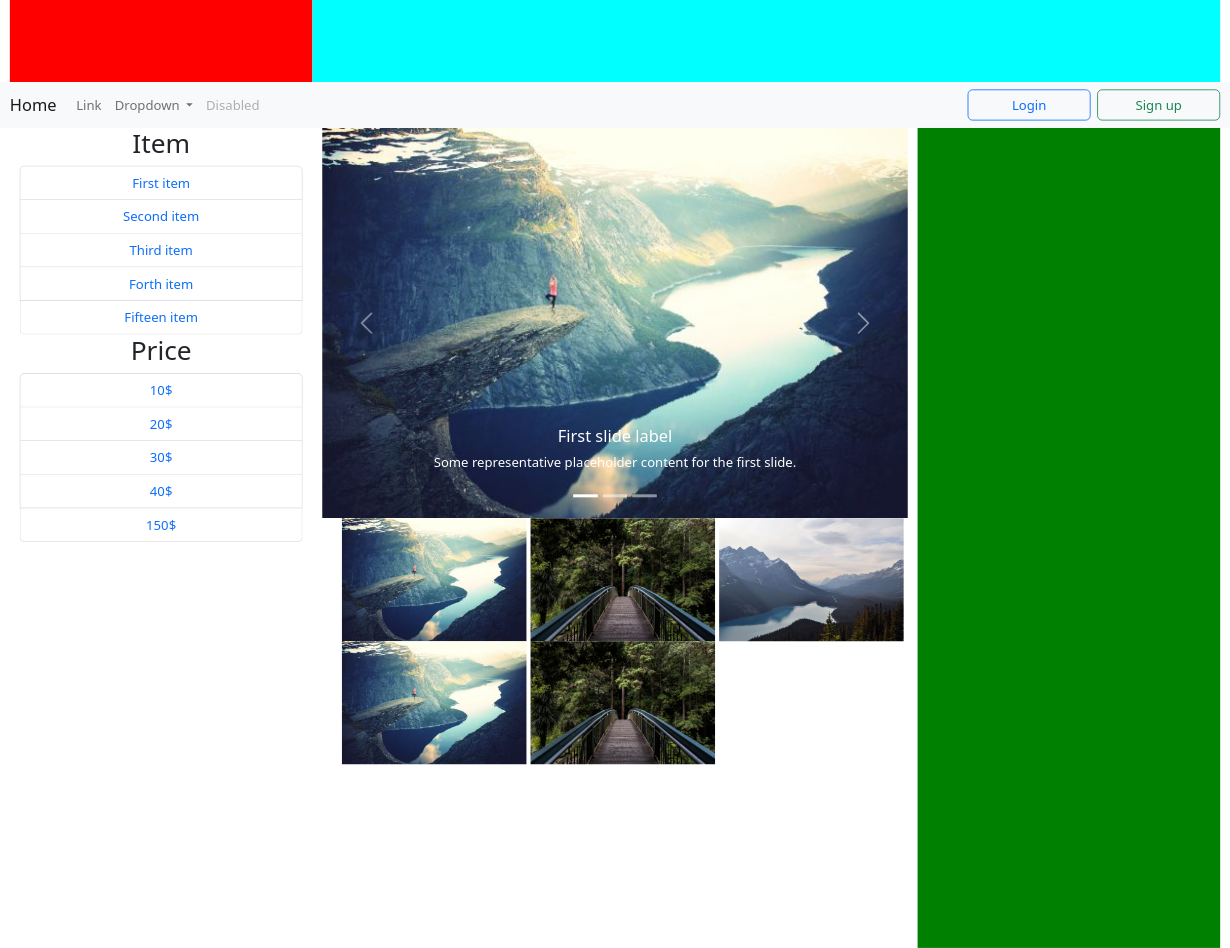
Repository: nguyenhung50497/MD2_bootstrap
Page: BT_giaoDienWeb/index.html
The author's editor kept a copy of each file at every save. The page is drawn from the files as they stood at one save, then again after the next save.
The browser window is 1280 px wide. The page is 1500 px wide, so the pictures cover 1500 px, including what lies to the right of the window. The pictures show the whole page, at 82% of full size.

Above is the page before, as saved 2022-11-30 14:08:46.

After the next save:
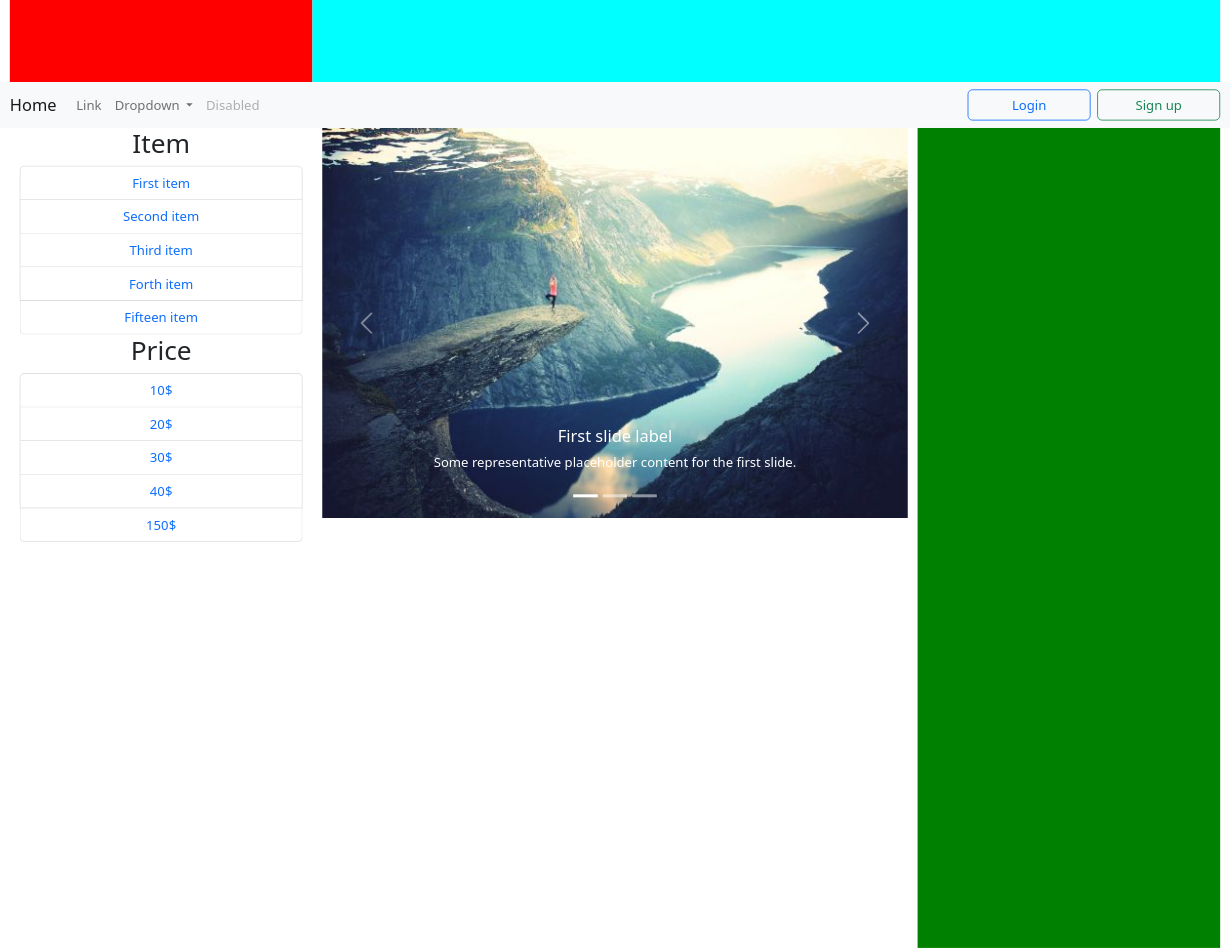
Saved 40 s later.
--- a/BT_giaoDienWeb/index.html
+++ b/BT_giaoDienWeb/index.html
@@ -130,13 +130,7 @@
                   <span class="visually-hidden">Next</span>
                 </button>
               </div>
-              <div class="container-fluid row contentImg">
-                <div class="col-lg-4"><img src="anh1.jpg" alt=""></div>
-                <div class="col-lg-4"><img src="anh2.jpg" alt=""></div>
-                <div class="col-lg-4"><img src="anh3.jpg" alt=""></div>
-                <div class="col-lg-4"><img src="anh1.jpg" alt=""></div>
-                <div class="col-lg-4"><img src="anh2.jpg" alt=""></div>
-              </div>
+
         </section>
         <aside class="col-lg-3 right"></aside>
     </div>

After the 4 saves that followed:
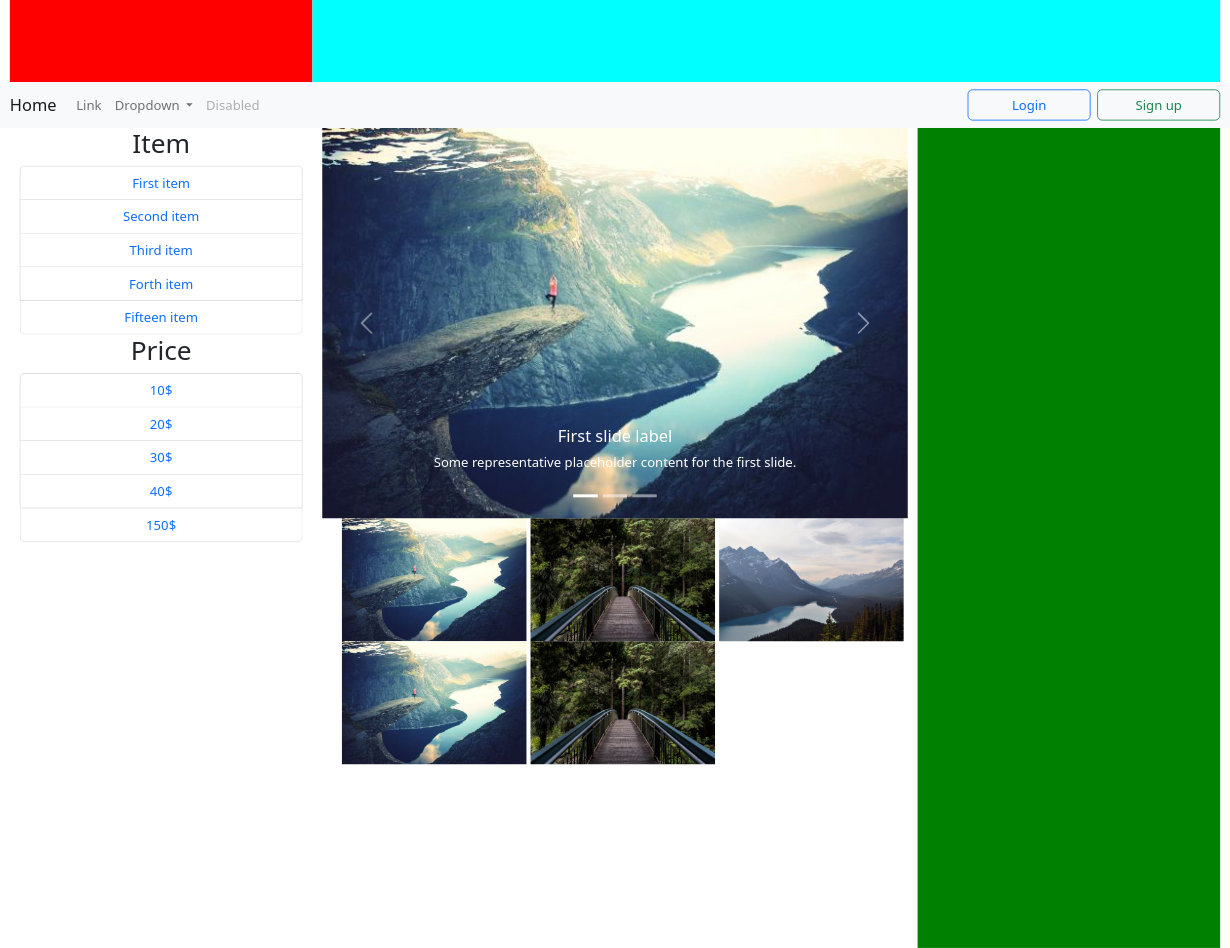
The 4 saves are shown as one change because 1 left the picture as it was and some came seconds apart.
The last was saved 23 s later.
--- a/BT_giaoDienWeb/index.html
+++ b/BT_giaoDienWeb/index.html
@@ -129,8 +129,14 @@
                   <span class="carousel-control-next-icon" aria-hidden="true"></span>
                   <span class="visually-hidden">Next</span>
                 </button>
-              </div>
-
+            </div>
+            <div class="container-fluid row contentImg">
+                <div class="col-lg-4"><img src="anh1.jpg" alt=""></div>
+                <div class="col-lg-4"><img src="anh2.jpg" alt=""></div>
+                <div class="col-lg-4"><img src="anh3.jpg" alt=""></div>
+                <div class="col-lg-4"><img src="anh1.jpg" alt=""></div>
+                <div class="col-lg-4"><img src="anh2.jpg" alt=""></div>
+            </div>
         </section>
         <aside class="col-lg-3 right"></aside>
     </div>
